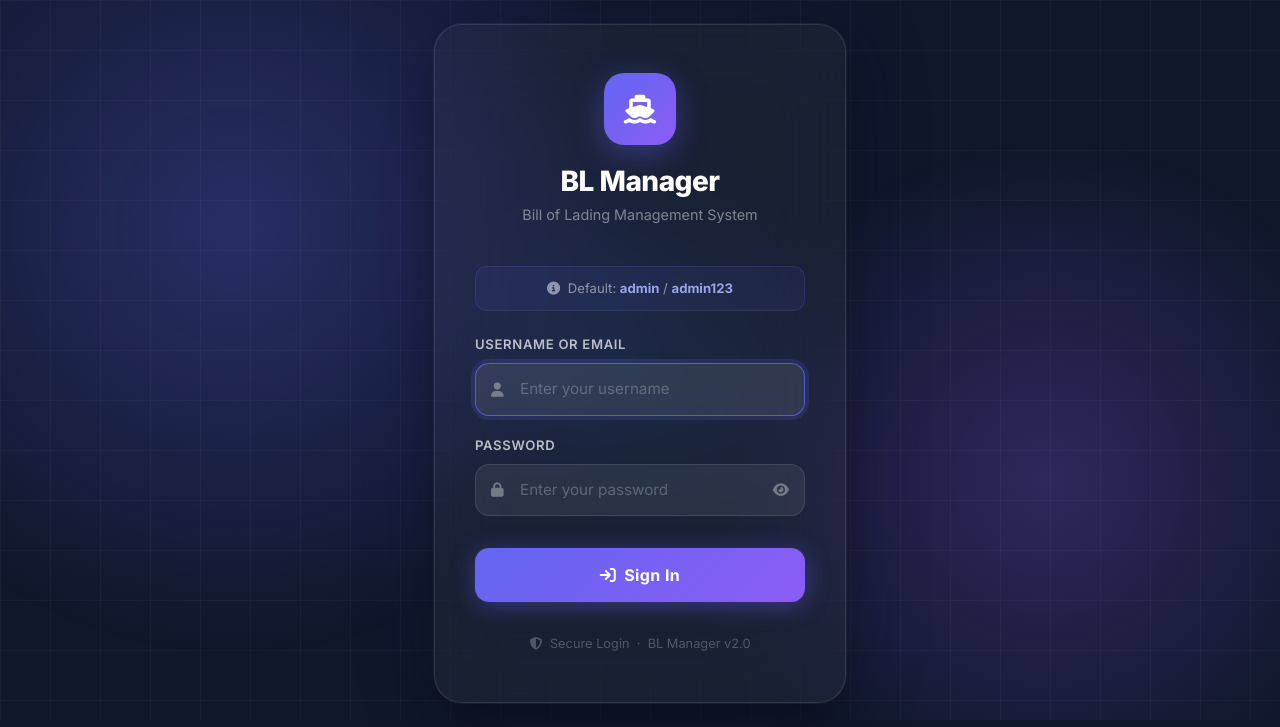
Repository: senteu254/logistics
Page: http://localhost/login.php
The author's editor kept a copy of each file at every save. The page is drawn from the files as they stood at one save, then again after the next save.
The browser window is 1280 px wide. The pictures show the whole page.
The page is run by PHP 8.4 with error messages shown; the project is at /var/www/html/.

Above is the page before, as saved 2026-05-13 13:31:12.

After the next save:
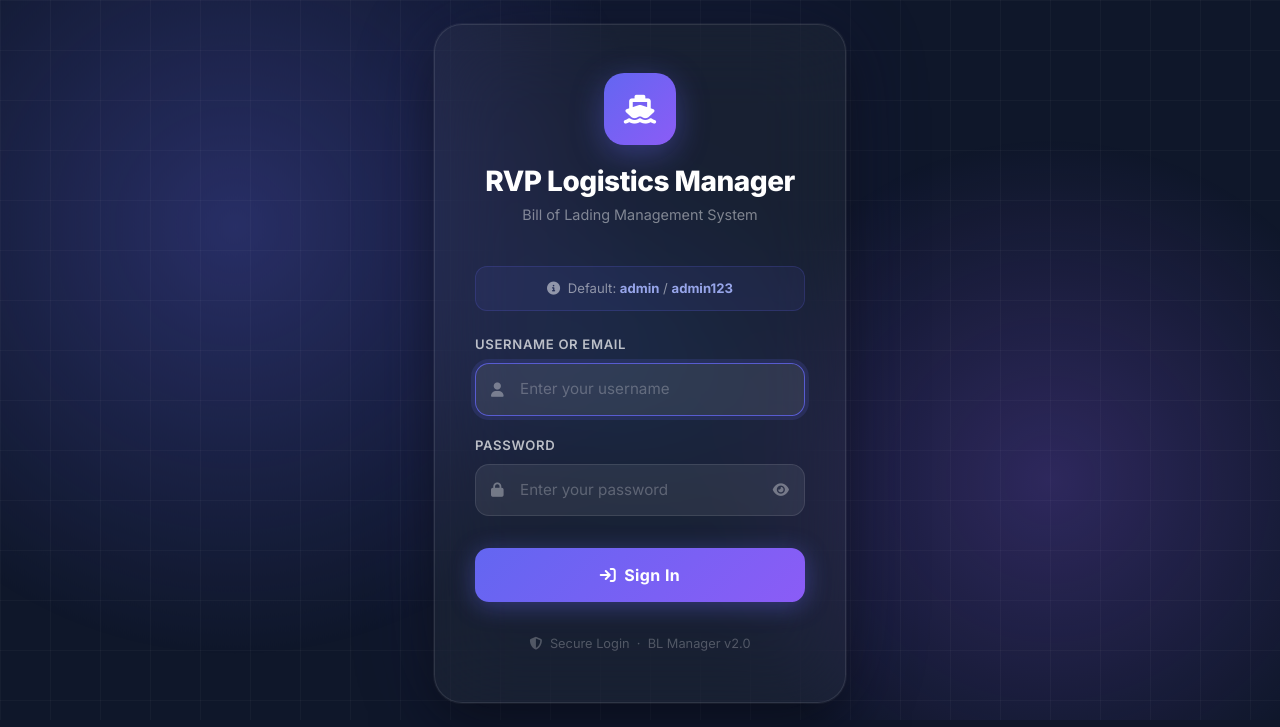
Saved 87 s later.
--- a/login.php
+++ b/login.php
@@ -395,7 +395,7 @@ if ($_SERVER['REQUEST_METHOD'] === 'POST') {
                 <div class="brand-icon">
                     <i class="fas fa-ship"></i>
                 </div>
-                <h1>BL Manager</h1>
+                <h1>RVP Logistics Manager</h1>
                 <p>Bill of Lading Management System</p>
             </div>
 
